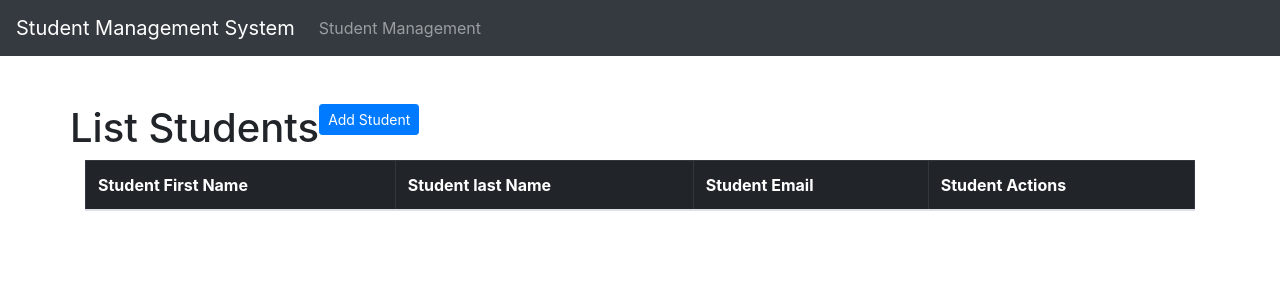
Repository: Sunnyrajverma1/Student_Management_System
Page: http://localhost/students
An editor plug-in stored every save of this project. The page is shown before and after the next save, followed by the edit.
The browser window is 1280 px wide. The pictures show the whole page.
The page is this project's Thymeleaf template; nobody is signed in. The template is opened directly, without the code that normally fills it, so the values that code supplies are empty.

Above is the page before, as saved 2022-09-09 15:13:59.

### student-management-system/src/main/resources/templates/students.html
<!DOCTYPE html>
<html xmlns:th="http://www.thymeleaf.org">
<head>
<meta charset="ISO-8859-1">
<title>Student Management System</title>
<link rel="stylesheet"
	href="https://cdn.jsdelivr.net/npm/bootstrap@4.0.0/dist/css/bootstrap.min.css"
	integrity="sha384-Gn5384xqQ1aoWXA+058RXPxPg6fy4IWvTNh0E263XmFcJlSAwiGgFAW/dAiS6JXm"
	crossorigin="anonymous">
</head>
<body>
	<nav class="navbar navbar-expand-md bg-dark navbar-dark">
	  <!-- Brand -->
	  <a class="navbar-brand" href="#">Student Management System</a>

	  <!-- Toggler/collapsibe Button -->
	  <button class="navbar-toggler" type="button" data-toggle="collapse" data-target="#collapsibleNavbar">
	    <span class="navbar-toggler-icon"></span>
	  </button>

	  <!-- Navbar links -->
	  <div class="collapse navbar-collapse" id="collapsibleNavbar">
	    <ul class="navbar-nav">
	      <li class="nav-item">
	        <a class="nav-link" th:href="@{/students}">Student Management</a>
	      </li>

	    </ul>
	  </div>
	</nav>

	<br>
	<div class="container">
		<div class="row">
			<div><br>
				<h1>List Students</h1>
			</div><br>

			<div class="row"><br>
			<div class="col-lg-3"><br>
				<a th:href ="@{/students/new}" class="btn btn-primary btn-sm mb-3">Add Student</a>
			</div>
			</div>
		</div>
		<table class="table table-striped table-bordered">
			<thead class="table-dark">
				<tr>
					<th>Student First Name</th>
					<th>Student last Name</th>
					<th>Student Email</th>
					<th>Student Actions</th>
				</tr>
			</thead>
			<tbody>
				<tr th:each="student: ${students}">
					<td th:text = "${student.firstName}"> </td>
					<td th:text = "${student.lastName}"> </td>
					<td th:text = "${student.email}"> </td>
					<td>
					<a th:href="@{/students/edit/{id}(id=${student.id})}"
					class="btn btn-primary">update</a>

					<a th:href="@{/students/{id}(id=${student.id})}"
					class="btn btn-danger">Delete</a>
					</td>

				</tr>

			</tbody>
		</table>
	</div>
</body>
</html>

After the next save:
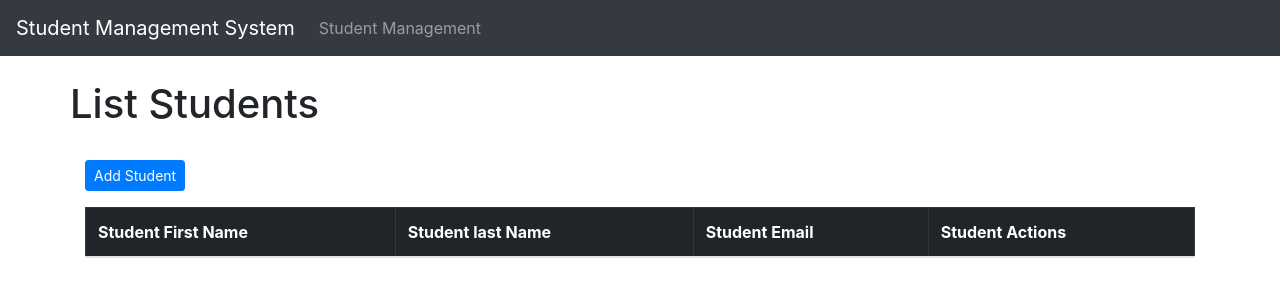
Saved 60 s later.
--- a/student-management-system/src/main/resources/templates/students.html
+++ b/student-management-system/src/main/resources/templates/students.html
@@ -32,14 +32,11 @@
 	<br>
 	<div class="container">
 		<div class="row">
-			<div><br>
-				<h1>List Students</h1>
-			</div><br>
-
+			<h1>List Students</h1>
+			</div>
 			<div class="row"><br>
 			<div class="col-lg-3"><br>
 				<a th:href ="@{/students/new}" class="btn btn-primary btn-sm mb-3">Add Student</a>
-			</div>
 			</div>
 		</div>
 		<table class="table table-striped table-bordered">
